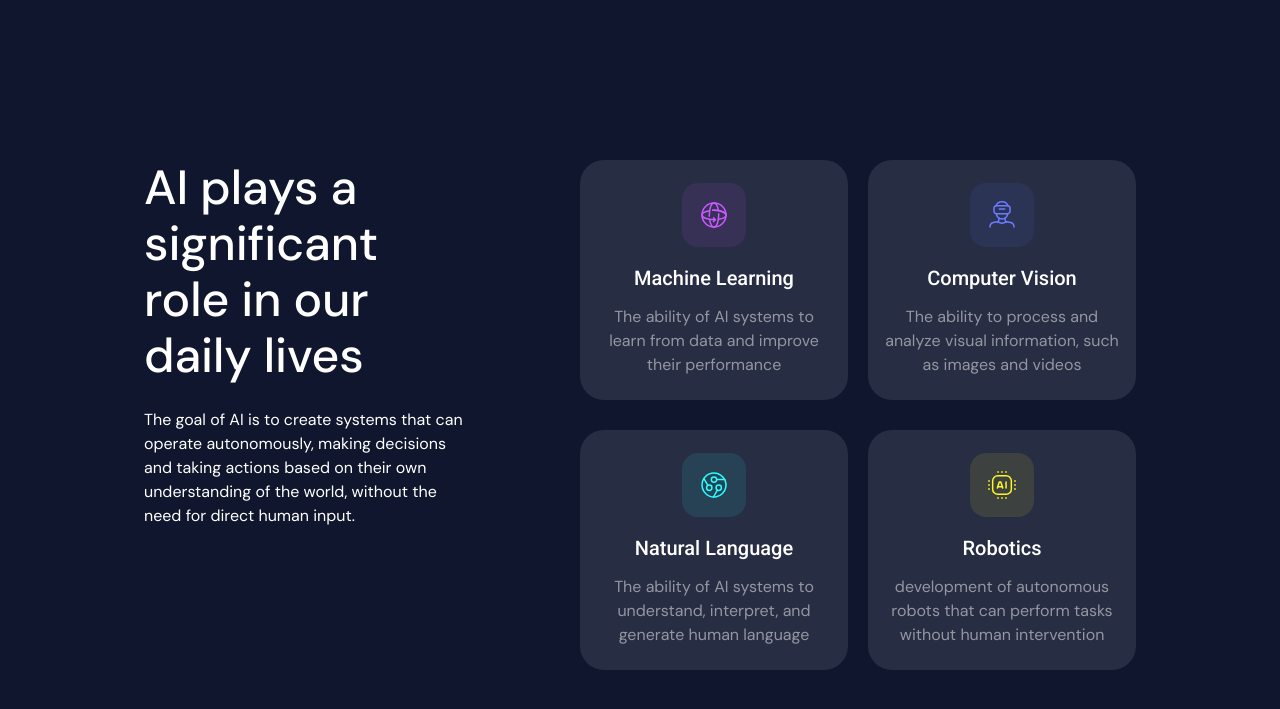
Repository: alphatra/INVO-Academy
Page: / (app in [lvl 1] Sekcja 4 obszarów AI/Starter-code/)
These files come from the project's save history. The page is drawn as it stood at one moment and after the next save; the edit follows.
The browser window is 1280 px wide. The pictures show the whole page.
The project was rebuilt for these pictures with package versions that can differ from the ones it lists, and the page was loaded fresh each time.

Above is the page before, as saved 2023-02-23 23:49:58.
Console error: TypeError: Cannot read properties of null (reading 'addEventListener')

### [lvl 1] Sekcja 4 obszarów AI/Starter-code/index.html
<!DOCTYPE html>
<html lang="en">

<head>
  <meta charset="UTF-8" />
  <link rel="icon" type="image/svg+xml" href="/vite.svg" />
  <meta name="viewport" content="width=device-width, initial-scale=1.0" />
  <title>INVO Academy JS Starter with Vite</title>
</head>

<!-- In order to start your challenge, remove all the content inside <div id="home-page"></div> and start coding :) -->

<body>
  <main>
    <section class="header">
      <div class="header__text">
        <h1>AI plays a significant role in our daily lives</h1>
        <span>The goal of AI is to create systems that can operate
          autonomously, making decisions and taking actions based on
          their own understanding of the world, without the need for direct human input.</span>
      </div>
    </section>

    <section class="categories">
      <div class="categories__category">
        <div class="categories__image">
          <img src="/public/images/ML.svg" alt="Machine Learning">
        </div>
        <h4>Machine Learning</h4>
        <span>The ability of AI systems to learn from data and improve their performance</span>
      </div>
      <div class="categories__category">
        <div class="categories__image">
          <img src="/public/images/CV.svg" alt="Computer Vision">
        </div>
        <h4>Computer Vision</h4>
        <span>The ability to process and analyze visual information, such as images and videos</span>
      </div>
      <div class="categories__category">
        <div class="categories__image">
          <img src="/public/images/NL.svg" alt="Natural Language">
        </div>
        <h4>Natural Language</h4>
        <span> The ability of AI systems to understand, interpret, and generate human language</span>
      </div>
      <div class="categories__category">
        <div class="categories__image">
          <img src="/public/images/AI.svg" alt="Robotics">
        </div>
        <h4>Robotics</h4>
        <span>development of autonomous robots that can perform tasks without human intervention</span>
      </div>
    </section>
  </main>


  <script type="module" src="/src/global-scripts/main.js"></script>
  <script type="module" src="/src/pages/home-page/scripts/home-page.js"></script>
</body>

</html>

### [lvl 1] Sekcja 4 obszarów AI/Starter-code/src/pages/home-page/scripts/home-page.js
/// Homepage JavaScript File
/// Here we import all the JavaScript files we need for our homepage.

import '../styles/home-page.scss'

import { setupCounter } from '../../../global-scripts/scripts/counter/counter.js'

setupCounter(document.querySelector('#counter'))

### [lvl 1] Sekcja 4 obszarów AI/Starter-code/src/global-styles/style.scss
/// Main Styles File
/// Here we import all the global Styles files we need for our project.

@import "styles/normalize.scss";
@import "styles/root.scss";
@import "styles/fonts.scss";

body {
  font-family: 'Roboto', sans-serif;
  color: var(--color-primary);
}

p {
  color: var(--color-on-surface);
}

### [lvl 1] Sekcja 4 obszarów AI/Starter-code/src/pages/home-page/styles/home-page.scss
    /// Homepage Styles File
    /// Here we import all the Styles files we need for our Homepage.

    body {
        background-color: #0F162D;
    }

    h1,
    p,
    span {
        font-family: 'DM Sans', sans-serif;
        color: white;
    }

    main {
        display: flex;
        flex-direction: row;
        justify-content: center;
        gap: 7em;
        margin-top: 8em;
    }

    .header {
        margin-left: 9em;
    }

    .header__text {
        &>h1 {
            font-size: 48px;
            line-height: 56px;
            font-weight: 500;
            letter-spacing: -0.002em;
            margin-bottom: 24px
        }

        &>span {
            font-size: 16px;
            line-height: 24px;
            font-weight: 400;
        }

    }

    .categories {
        display: grid;
        grid-template-columns: repeat(2, 1fr);
        grid-template-rows: repeat(2, minmax(100px, auto));
        grid-column-gap: 20px;
        row-gap: 30px;
        margin-right: 9em;
        margin-top: 2em;
    }

    .categories__category {
        display: flex;
        flex-direction: column;
        justify-content: center;
        background: #272D42;
        border-radius: 24px;
        text-align: center;
        color: white;
        width: 268px;
        height: 240px;

        &>h4 {
            font-size: 20px;
            line-height: 0px;
            font-weight: 500;
        }

        &>span {
            font-size: 16px;
            line-height: 24px;
            font-weight: 400;
            opacity: 0.5;
            padding-left: 16px;
            padding-right: 16px;
        }
    }

    @media screen and (min-width: 768px) and (max-width: 1024px) {
        main {
        flex-direction: column;
        align-items: center;
        margin-top: 13em;
        gap: 1em;
        }

        .header {
            margin-left: 14em;
            margin-right: 14em;
        }
        .categories {
            margin-left: 14em;
        margin-right: 14em;
        grid-template-columns: repeat(2, 1fr);
        grid-template-rows: repeat(2, minmax(100px, auto));
        margin-top: 0;
        }

        .categories__category {

        }
    }

    @media screen and (max-width: 767px) {
        main {
        margin-top: 0;
        flex-direction: column;
        gap: 0;
        }

        .header {
            margin-left: 2em;
            margin-right: 2em;
        }

        .header__text {
            &>h1 {
                font-size: 32px;
                line-height: 40px;
            }

            &>span {
                font-weight: 400;
                font-size: 16px;
            }
        }

        .categories {
            margin-left: 2em;
            margin-right: 2em;
        grid-template-columns: 1fr;
        grid-template-rows: auto;
        }

        .catergoris__category {
            margin: auto;
            padding-left: 16px;
            padding-right: 16px;
            padding-bottom: 24px;

        }
    }

### [lvl 1] Sekcja 4 obszarów AI/Starter-code/src/global-scripts/scripts/counter/counter.js
/// Sample js file for demo purposes
/// Remember to always export your functions
/// so that they can be used in other files

export function setupCounter(element) {
  let counter = 0
  const setCounter = (count) => {
    counter = count
    element.innerHTML = `script test - count is ${counter}`
  }
  element.addEventListener('click', () => setCounter(counter + 1))
  setCounter(0)
}

### [lvl 1] Sekcja 4 obszarów AI/Starter-code/src/global-styles/styles/root.scss
/// Root Styles file
/// Here we define all the root variables we need for our project.
/// For examples see Material Design color system: https://m2.material.io/design/color/the-color-system.html

:root {
    --color-primary: #5721f2;
    --color-on-surface: #000;
}

### [lvl 1] Sekcja 4 obszarów AI/Starter-code/src/global-styles/styles/fonts.scss
/// Main Fonts File
/// Here we import all the fonts files we need for our project.

@import url('https://fonts.googleapis.com/css2?family=Roboto:ital,wght@0,100;0,300;0,400;0,500;0,700;0,900;1,100;1,300;1,400;1,500;1,700;1,900&display=swap');
@import url('https://fonts.googleapis.com/css2?family=DM+Sans:wght@400;500&display=swap');

Loaded but not shown: [lvl 1] Sekcja 4 obszarów AI/Starter-code/src/global-scripts/main.js (common file); [lvl 1] Sekcja 4 obszarów AI/Starter-code/src/global-styles/styles/normalize.scss (common file)

After the next save:
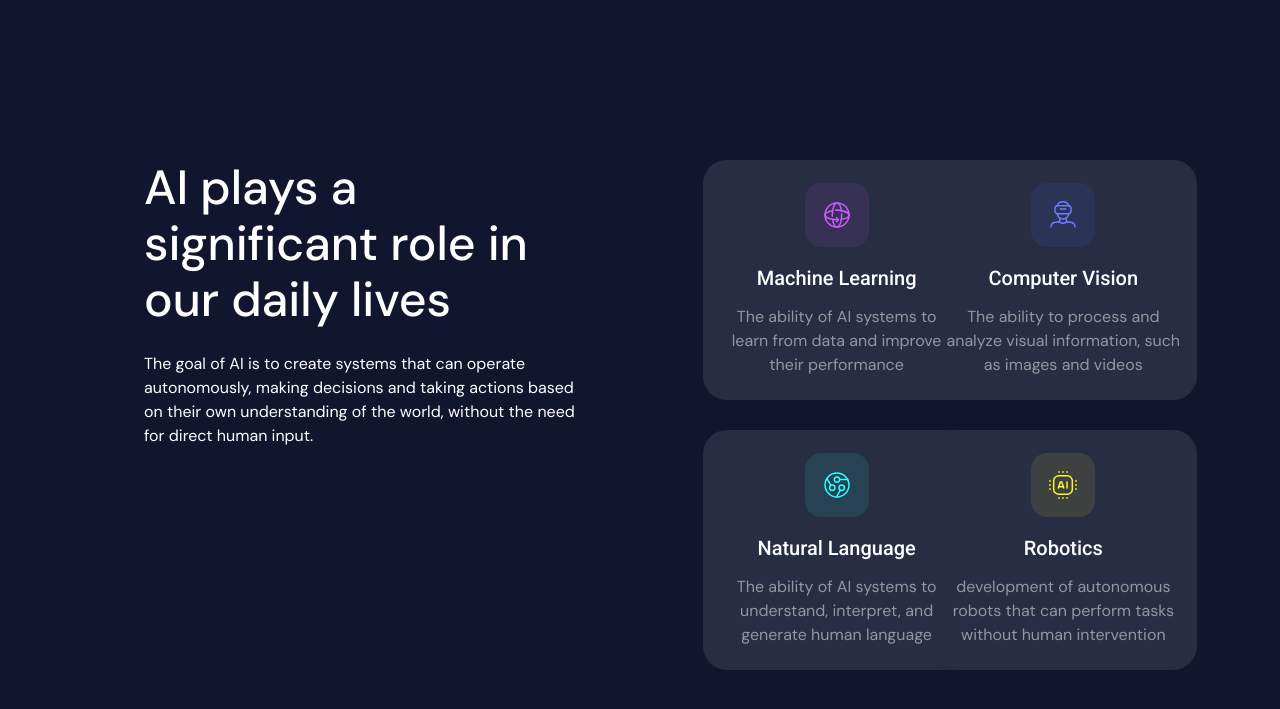
Saved 2 min 20 s later.
--- a/[lvl 1] Sekcja 4 obszarów AI/Starter-code/src/pages/home-page/styles/home-page.scss
+++ b/[lvl 1] Sekcja 4 obszarów AI/Starter-code/src/pages/home-page/styles/home-page.scss
@@ -59,7 +59,7 @@
         border-radius: 24px;
         text-align: center;
         color: white;
-        width: 268px;
+        width: clamp(268px, 100%, 100%);
         height: 240px;
 
         &>h4 {

After the 3 saves that followed:
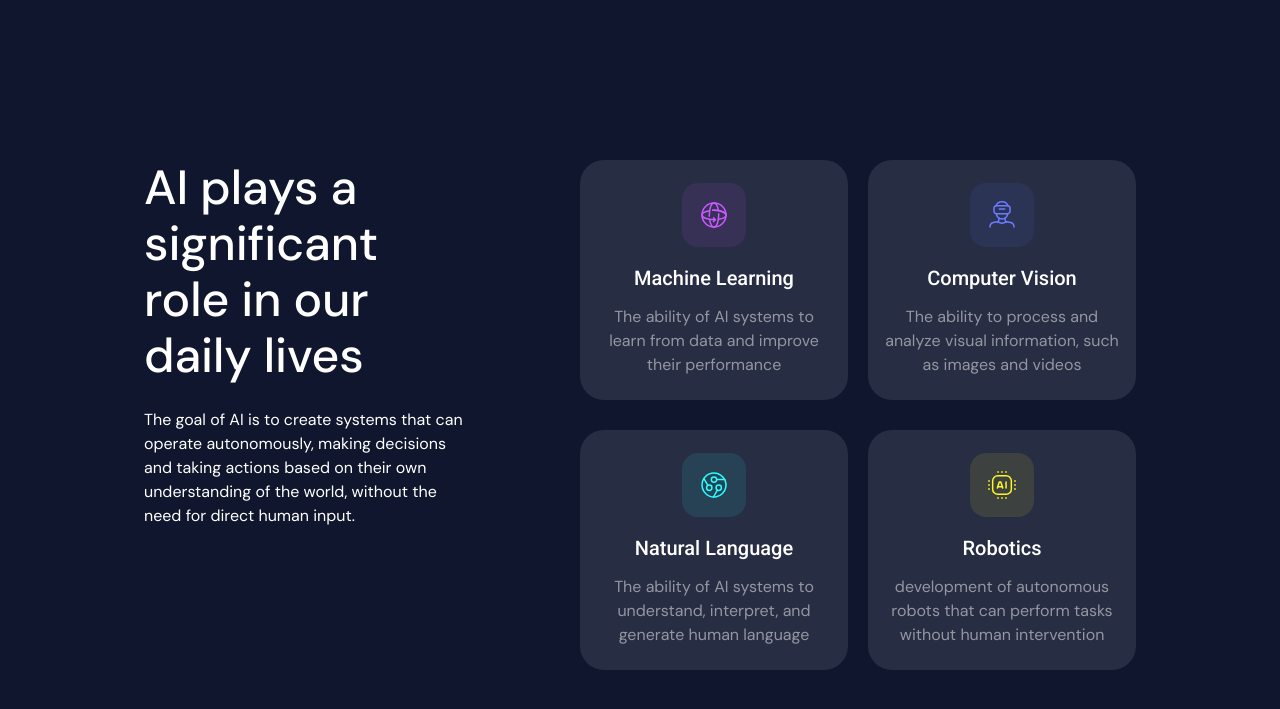
The 3 saves are shown as one change because 2 left the picture as it was.
The last was saved 6 min 16 s later.
--- a/[lvl 1] Sekcja 4 obszarów AI/Starter-code/src/pages/home-page/styles/home-page.scss
+++ b/[lvl 1] Sekcja 4 obszarów AI/Starter-code/src/pages/home-page/styles/home-page.scss
@@ -59,7 +59,7 @@
         border-radius: 24px;
         text-align: center;
         color: white;
-        width: clamp(268px, 100%, 100%);
+        width: 268px;
         height: 240px;
 
         &>h4 {
